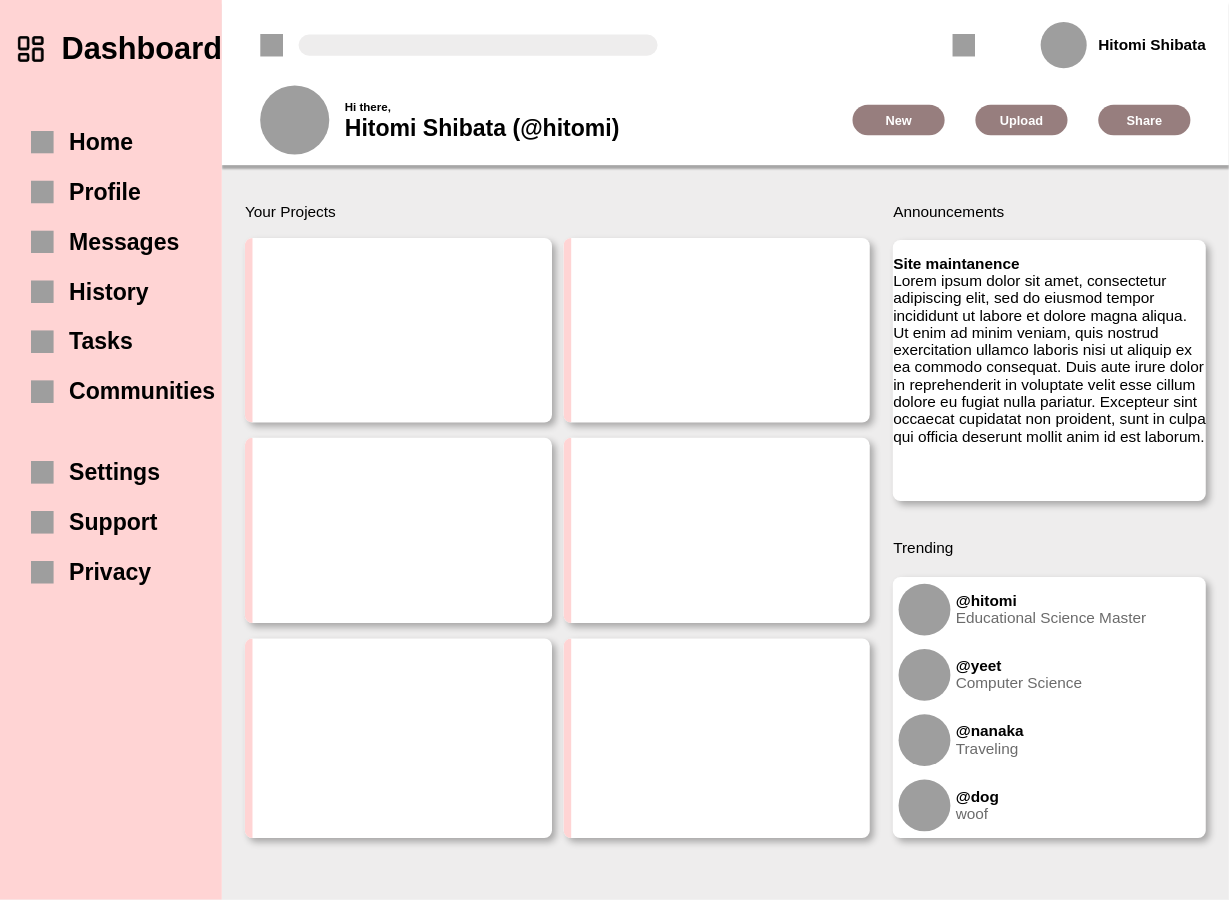
Repository: yeetzpxoci/dashboard
Page: index.html
The author's editor kept a copy of each file at every save. The page is drawn from the files as they stood at one save, then again after the next save.
The browser window is 1280 px wide. The pictures show the whole page, at 96% of full size.
Pictures or frames that could not be fetched are drawn as grey boxes.

Above is the page before, as saved 2023-02-19 13:58:01.

### index.html
<!DOCTYPE html>
<html lang="en">
<head>
    <meta charset="UTF-8">
    <meta http-equiv="X-UA-Compatible" content="IE=edge">
    <meta name="viewport" content="width=device-width, initial-scale=1.0">
    <link rel="stylesheet" type="text/css" href="styles.css" />
    <title>Dashboard</title>
</head>
<body>
    <div class="sidebar">
        <div class="logo">
            <img src="dashboard-layout.png">
            <p>Dashboard</p>
        </div>

        <div class="icon-container1">
            <div class="icon">
                <img src="https://cdn-icons-png.flaticon.com/512/25/25694.png">
                <p>Home</p>
            </div>

            <div class="icon">
                <img src="https://cdn-icons-png.flaticon.com/512/6522/6522516.png">
                <p>Profile</p>
            </div>

            <div class="icon">
                <img src="https://cdn-icons-png.flaticon.com/512/739/739286.png">
                <p>Messages</p>
            </div>

            <div class="icon">
                <img src="https://cdn-icons-png.flaticon.com/512/32/32223.png">
                <p>History</p>
            </div>

            <div class="icon">
                <img src="https://www.svgrepo.com/show/79174/task-list.svg">
                <p>Tasks</p>
            </div>

            <div class="icon">
                <img src="https://icons.veryicon.com/png/o/business/classic-icon/community-12.png">
                <p>Communities</p>
            </div>
        </div>

        <div class="icon-container2">
            <div class="icon">
                <img src="https://cdn-icons-png.flaticon.com/512/126/126472.png">
                <p>Settings</p>
            </div>

            <div class="icon">
                <img src="https://upload.wikimedia.org/wikipedia/commons/thumb/1/17/FAQ_icon_%28Noun_like%29.svg/1255px-FAQ_icon_%28Noun_like%29.svg.png">
                <p>Support</p>
            </div>

            <div class="icon">
                <img src="https://cdn-icons-png.flaticon.com/512/4104/4104794.png">
                <p>Privacy</p>
            </div>
        </div>
    </div>

    <div class="header">
        <div class="search">
            <img src="https://cdn-icons-png.flaticon.com/512/3917/3917754.png">
            <input class="search-bar">
        </div>

        <img class="notification_icon" src="https://cdn-icons-png.flaticon.com/512/565/565422.png">

        <div class="profile-pic">
        </div>

        <p>Hitomi Shibata</p>

        <div class="user-info">
            <div class="profile-pic">
            </div>
            <p id="losinfo">
                <span style="font-size:12px;">Hi there,</span>
                <br>
                <span style="font-size:24px;">Hitomi Shibata (@hitomi)</span>
            </p>
        </div>
        <button>New</button>
        <button>Upload</button>
        <button>Share</button>
    </div>
    <div class="main-content">
        <div class="projects">
            <p>Your Projects</p>
            <p></p>

            <div class="project">
                <div class="line">
                </div>
            </div>

            <div class="project">
                <div class="line">
                </div>
            </div>

            <div class="project">
                <div class="line">
                </div>
            </div>

            <div class="project">
                <div class="line">
                </div>
            </div>

            <div class="project">
                <div class="line">
                </div>
            </div>

            <div class="project">
                <div class="line">
                </div>
            </div>
        </div>
        <div class="announcements-container">
            <p>Announcements</p>
            <div class="announcements">
                <p>
                    <span style="font-weight: bold;">
                        Site maintanence
                    </span>
                    <br>
                    <span>
                        Lorem ipsum dolor sit amet, consectetur adipiscing elit, sed do eiusmod tempor incididunt ut labore et dolore magna
                        aliqua. Ut enim ad minim veniam, quis nostrud exercitation ullamco laboris nisi ut aliquip ex ea commodo consequat. Duis
                        aute irure dolor in reprehenderit in voluptate velit esse cillum dolore eu fugiat nulla pariatur. Excepteur sint
                        occaecat cupidatat non proident, sunt in culpa qui officia deserunt mollit anim id est laborum.
                    </span>
                </p>
            </div>
        </div>
        <div class="trending-container">
            <p>Trending</p>
            <div class="trending">
                <div class="trend">
                    <div class="profile-pic">
                    </div>
                    <p>
                    <span class="tag">@hitomi</span> <br>
                    <span class="occupation">Educational Science Master</span>
                    </p>
                </div>
                <div class="trend">
                    <div class="profile-pic">
                    </div>
                    <p>
                        <span class="tag">@yeet</span> <br>
                        <span class="occupation">Computer Science</span>
                    </p>
                </div>
                <div class="trend">
                    <div class="profile-pic">
                    </div>
                    <p>
                        <span class="tag">@nanaka</span> <br>
                        <span class="occupation">Traveling</span>
                    </p>
                </div>
                <div class="trend">
                    <div class="profile-pic">
                    </div>
                    <p>
                        <span class="tag">@dog</span> <br>
                        <span class="occupation">woof</span>
                    </p>
                </div>
            </div>
        </div>
    </div>
</body>
</html>

### styles.css
html,
body {
    margin: 0;
    padding: 0;
    height: 100%;
}

body {
    min-height: 100vh;
    display: grid;
    grid-template-columns: 1fr 5fr;
    grid-template-rows: 1fr 4fr;
    font-family: Arial, Helvetica, sans-serif;
}

.sidebar {
    background-color: #FFD4D4;
    grid-column: 1 / 2;
    grid-row: 1 / 3;
    display: grid;
    grid-template-rows: 0.75fr 2fr 1fr 2fr;
    padding-left: 16px;
    gap: 32px;
    z-index: 2;
}

.icon-container1 {
    display: flex;
    flex-direction: column;
}

.icon-container2 {
    display: flex;
    flex-direction: column;
}

.logo, .icon {
    display: flex;
    align-items: center;
    font-weight: bold;
    gap: 16px;
}

.logo {
    font-size: 32px;
    align-self: baseline;
}

.icon {
    margin-top: -24px;
    font-size: 24px;
    margin-left: 16px;
}

.logo img {
    width: 32px;
    height: 32px;
}

.icon img {
    width: 24px;
    height: 24px;
}


.header {
    background-color: white;
    grid-column: 2 / 3;
    grid-row: 1 / 2;
    display: grid;
    grid-template-columns: 13fr 1fr 1fr 2fr;
    grid-template-rows: 1fr 1fr;
    padding-right: 24px;
    box-shadow: 0px 4px 2px rgb(0, 0, 0, 0.3);
    z-index: 1;
    padding: 8px;
}

.search {
    display: flex;
    justify-content: flex-start;
    align-items: center;
    gap: 16px;
    margin-left: 32px;
}

.search img{
    width: 24px;
    height: 24px;
}

.search input {
    width: 60%;
    border-radius: 12px;
    border-width: 0px;
    background-color: #eeeded;
    height: 25%;
}

.notification_icon {
    width: 24px;
    height: 24px;
    align-self: center;
    justify-self: end;
}

.profile-pic {
    border-radius: 50%;
    background-image: url("https://i.pinimg.com/originals/49/c0/e8/49c0e871fbe0be71396aa94fe1d93ddc.jpg");
    background-position: center;
    background-size: cover;
    background-repeat: no-repeat;
    overflow: hidden;
}

.header > .profile-pic {
    width: 48px;
    height: 48px;
    align-self: center;
    justify-self: end;
    margin-right: 12px;
}

.user-info {
    display: flex;
    gap: 16px;
}

.user-info > .profile-pic {
    width: 72px;
    height: 72px;
    margin-left: 32px;
    align-self: center;
}

.header p {
    align-self: center;
    font-weight: bolder;
    justify-self: baseline;
}

button {
    height: 40%;
    width: 96px;
    align-self: center;
    justify-self: baseline;
    background-color: #977e7e;
    border-radius: 24px;
    border-width: 0px;
    color: white;
    margin-right: 32px;
    font-weight: bold;
}

.main-content {
    background-color: #eeeded;
    grid-column: 2 / 3;
    grid-row: 2 / 3;
    padding-left: 24px;
    padding-right: 24px;
    padding-top: 24px;
    padding-bottom: 64px;
    display: grid;
    grid-template-columns: 2fr 1fr;
    grid-template-rows: 1fr 1fr     ;
    gap: 24px;
}

.projects {
    width: 100%;
    display: grid;
    grid-template-columns: repeat(2, 1fr);
    grid-template-rows: 1fr 4fr 4fr 4fr;
    grid-gap: 0px 12px;
    grid-column: 1 / 2;
    grid-row: 1 / 3;
}

.project {
    background-color: white;
    border-radius: 8px;
    box-shadow: 4px 4px 8px rgb(0, 0, 0, 0.3);
    overflow: hidden;
}

.project:nth-child(3), .project:nth-child(4), .project:nth-child(5), .project:nth-child(6) {
    margin-bottom: 16px;
}

.line {
    background-color: #FFD4D4;
    width: 2.5%;
    height: 100%;
}


.announcements-container {
    width: 100%;
    height: 100%;
    display: grid;
    grid-template-rows: 1fr 5fr;
    grid-row: 1 / 2;
}

.announcements {
    width: 100%;
    height: 100%;
    background-color: white;
    border-radius: 8px;
    box-shadow: 4px 4px 8px rgb(0, 0, 0, 0.3);
    display: grid;
    grid-template-rows: 72px 2px 72px 2px 72px;
}

.announcements p {
    overflow: visible;
}



.trending-container {
    width: 100%;
    height: 100%;
    display: grid;
    grid-row: 2 / 3;
    grid-template-rows: 1fr 5fr;
}

.trending {
    width: 100%;
    height: 100%;
    display: grid;
    grid-template-rows: 1fr 1fr 1fr;
    background-color: white;
    border-radius: 8px;
    box-shadow: 4px 4px 8px rgb(0, 0, 0, 0.3);
    grid-template-rows: 1fr 1fr 1fr 1fr;
}

.trend {
    display: grid;
    grid-template-columns: 1fr 4fr;
    align-items: center;
}

.trend>.profile-pic {
    width: 54px;
    height: 54px;
    justify-self: center;
}

.trend:nth-child(2) > .profile-pic {
    background-image: url("https://i.pinimg.com/736x/4f/7e/f5/4f7ef5f81ca49f259e9cbfd3852907ef.jpg");
}

.trend:nth-child(3)>.profile-pic {
    background-image: url("https://c4.wallpaperflare.com/wallpaper/531/1007/739/dogs-funny-puppies-shiba-inu-1067x853-animals-dogs-hd-art-wallpaper-preview.jpg");
}

.trend:nth-child(4)>.profile-pic {
    background-image: url("https://preview.redd.it/dmpz8m79juy61.jpg?auto=webp&s=dfe23515a2344903a0aaa0ddb53cea3ec666cb84");
}

.tag {
    font-weight: bolder;
}

.occupation {
    color: #6b6b6b;
}

After the next save:
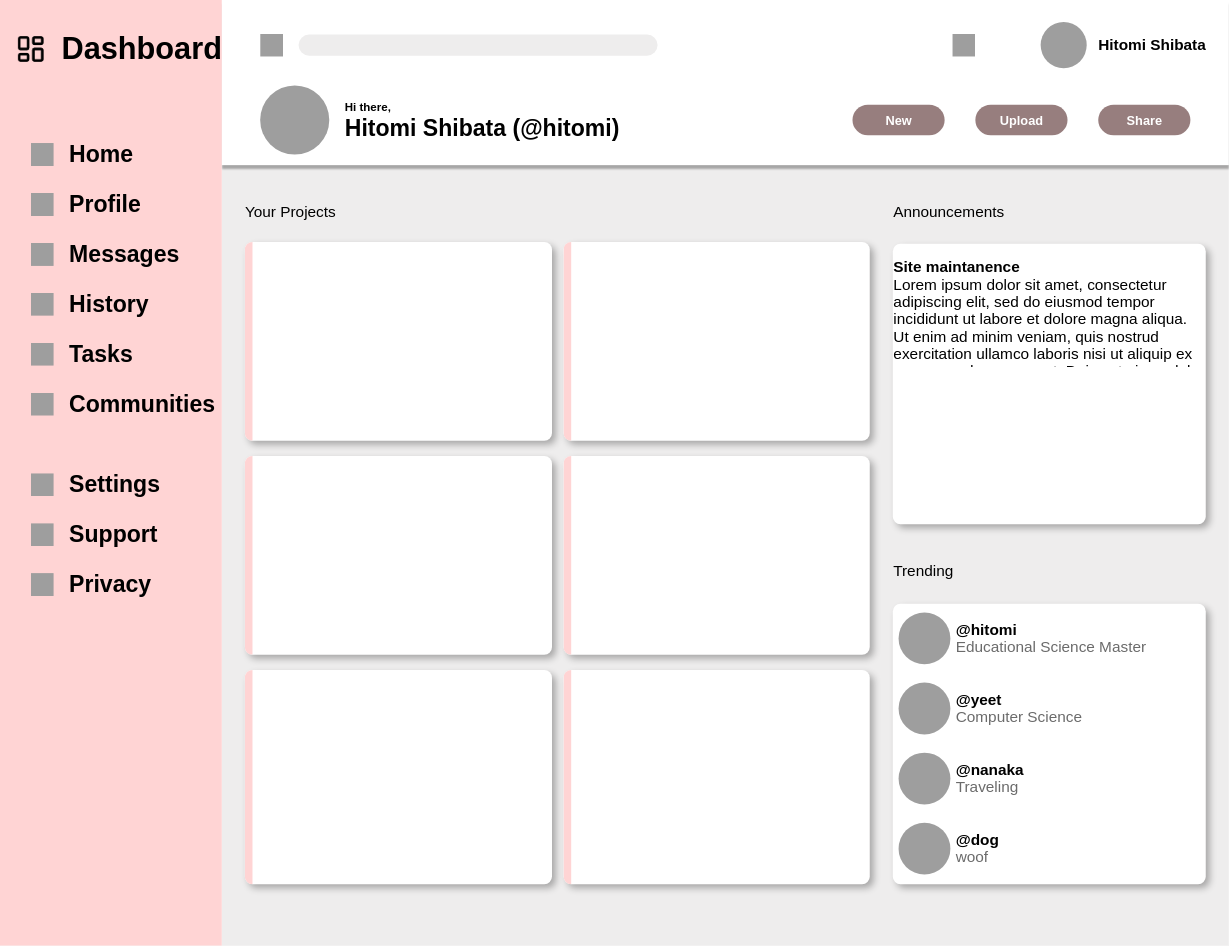
Saved 14 s later.
--- a/styles.css
+++ b/styles.css
@@ -209,11 +209,11 @@ button {
     border-radius: 8px;
     box-shadow: 4px 4px 8px rgb(0, 0, 0, 0.3);
     display: grid;
-    grid-template-rows: 72px 2px 72px 2px 72px;
+    grid-template-rows: 144px 2px 72px 2px 72px;
 }
 
 .announcements p {
-    overflow: visible;
+    overflow: auto;
 }
 
 
